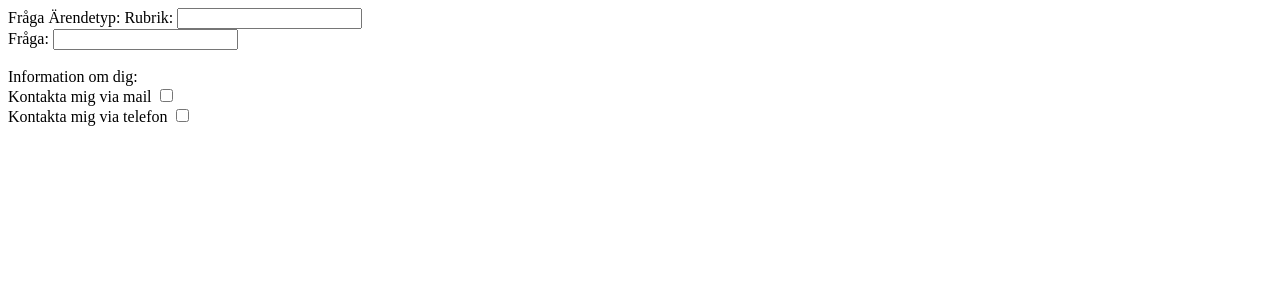
Repository: ma223md/1ik415
Page: Pages/kontakt.html
The author's editor kept a record of every edit. The page is drawn from the files as they stood at one moment, then again after the next edit.
The browser window is 1280 px wide. The pictures show the whole page.

Above is the page before.

After the next edit:
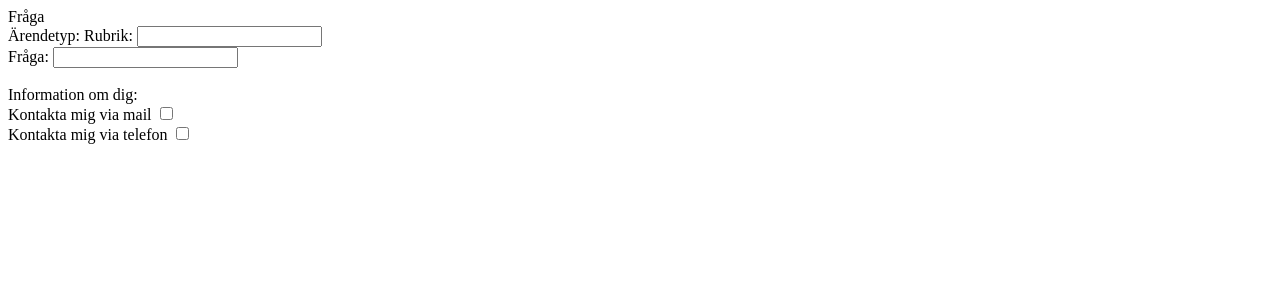
The edit:
--- a/Pages/kontakt.html
+++ b/Pages/kontakt.html
@@ -7,7 +7,7 @@
     </head>
     <body>
         <form>
-        Fråga
+        Fråga<br>
         Ärendetyp:
         Rubrik: <input type="text" name="firstname"><br>
         Fråga: <input type="text" name="lastname"><br><br>
